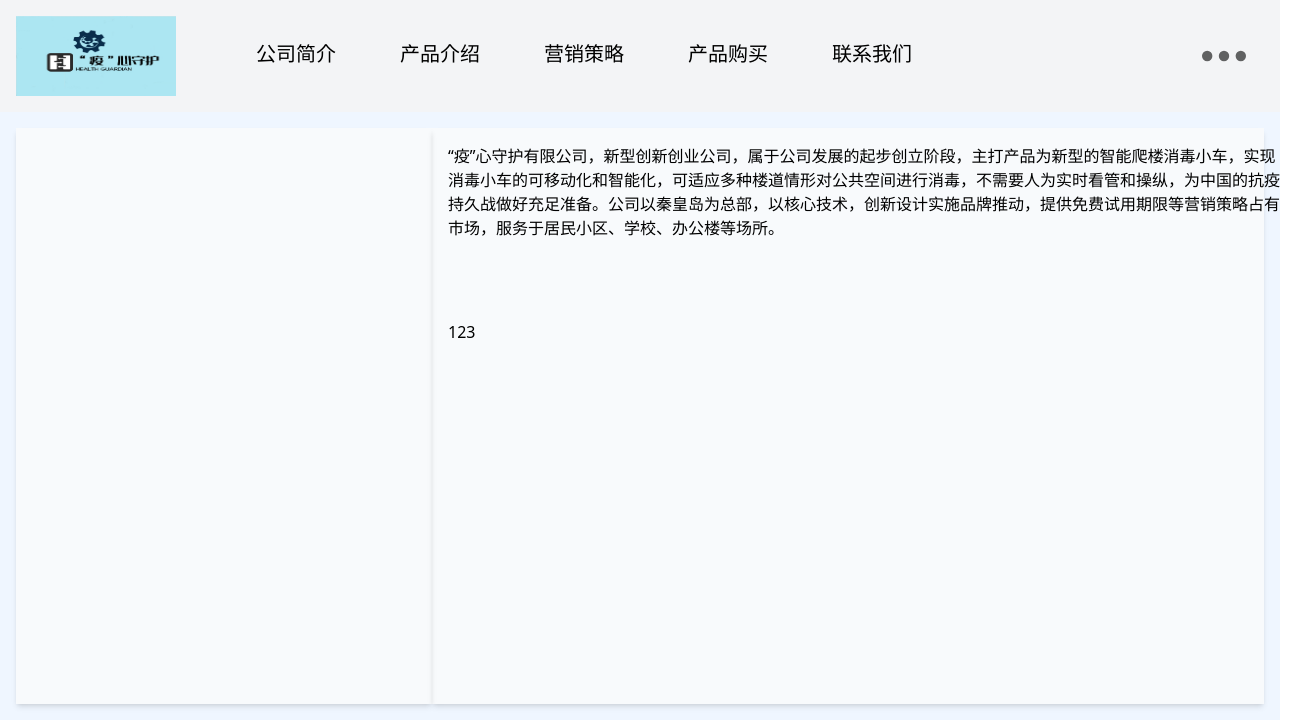
Repository: LiuRuohui/company_introduction
Page: /#/introduction
An editor plug-in stored every save of this project. The page is shown before and after the next save, followed by the edit.
The browser window is 1280 px wide. The page is 1280 px wide, then 1296 px, then 1280 px, so the pictures cover 1296 px, including what lies to the right of the window. The pictures show the whole page.
The project was rebuilt for these pictures with package versions that can differ from the ones it lists, and the page was loaded fresh each time. Also part of the build but not shown: vite.config.js, src/components/product.vue, src/components/purchase.vue, src/components/strategy.vue, src/components/contact.vue.

Above is the page before, as saved 2022-05-11 23:08:23.

After the next save:
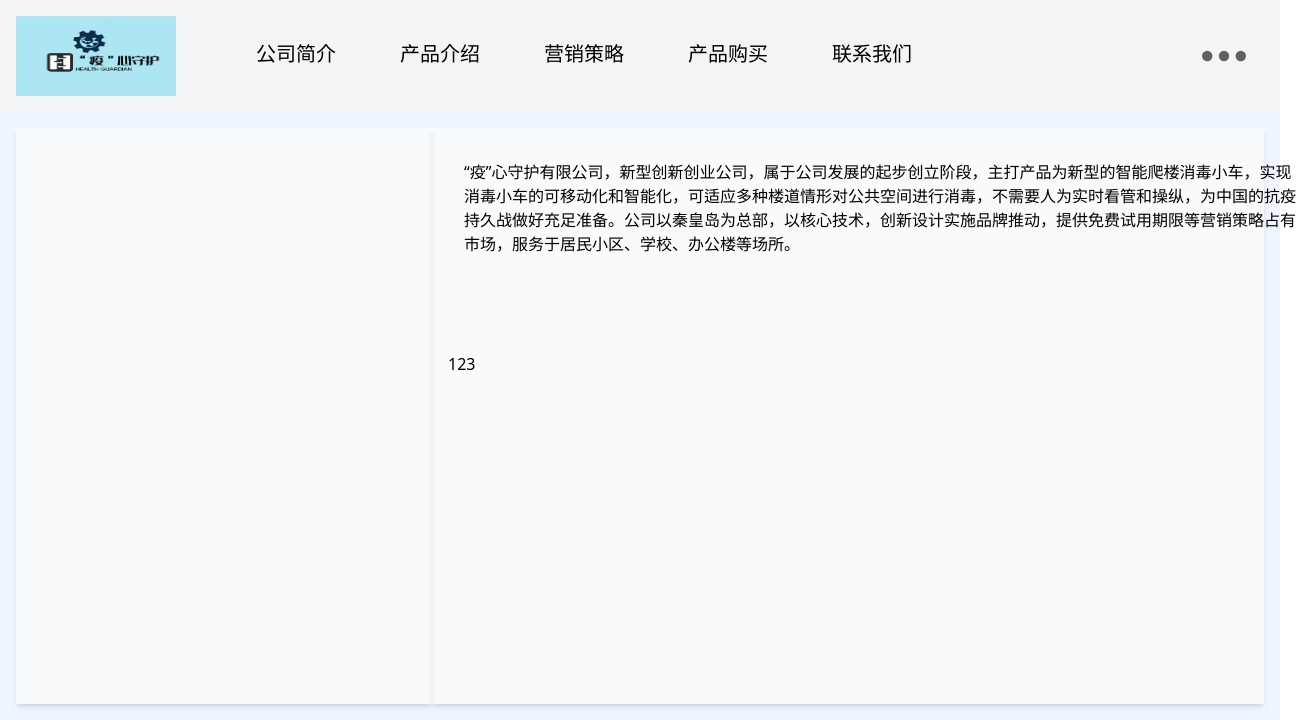
Saved 16 s later.
--- a/src/components/introduction.vue
+++ b/src/components/introduction.vue
@@ -8,7 +8,7 @@
             <div class="m-4 w-full"></div>
         </div>
         <div class="flex flex-grow flex-col shadow-md w-2/3">
-            <div class="m-4 w-full h-1/4 text-ellipsis">{{intro}}</div>
+            <div class="m-8 w-full h-1/4 text-ellipsis">{{intro}}</div>
             <div class="w-full flex flex-grow">
                 <div class="m-4">123</div>
             </div>

After the save that followed:
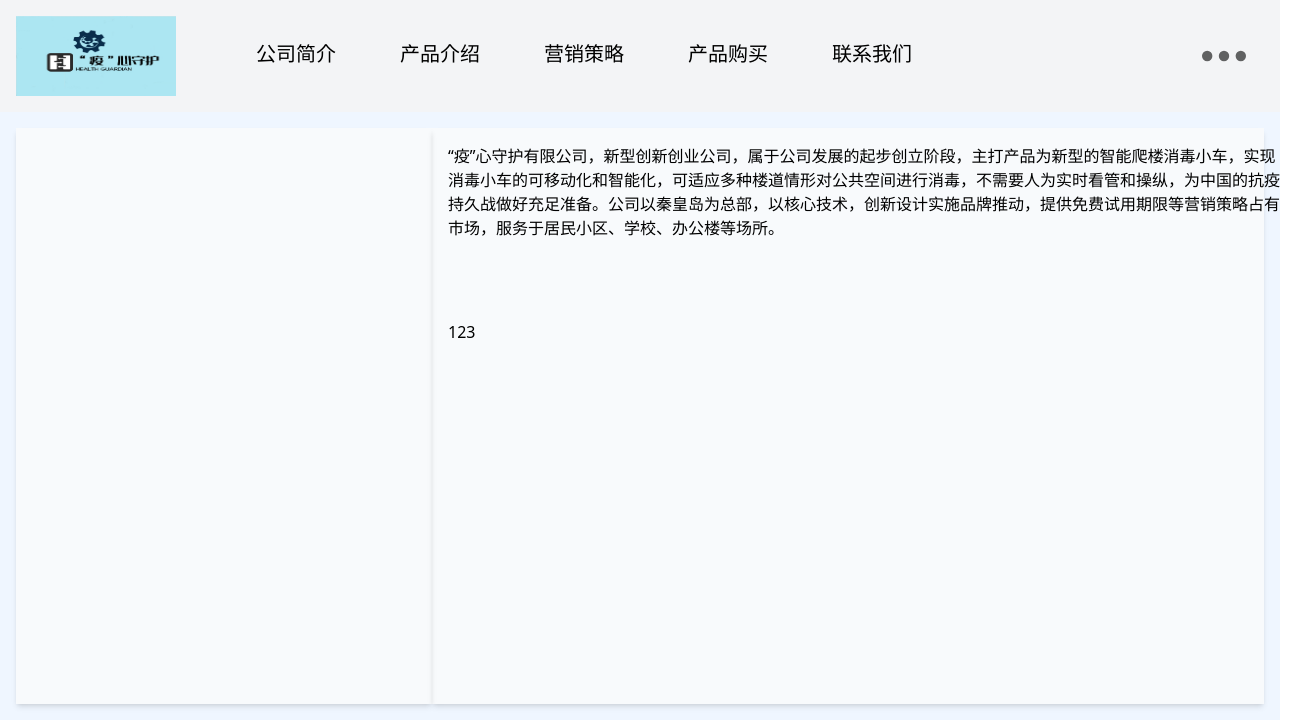
Saved 7 s later.
--- a/src/components/introduction.vue
+++ b/src/components/introduction.vue
@@ -8,7 +8,7 @@
             <div class="m-4 w-full"></div>
         </div>
         <div class="flex flex-grow flex-col shadow-md w-2/3">
-            <div class="m-8 w-full h-1/4 text-ellipsis">{{intro}}</div>
+            <div class="m-4 w-full h-1/4 text-ellipsis">{{intro}}</div>
             <div class="w-full flex flex-grow">
                 <div class="m-4">123</div>
             </div>
